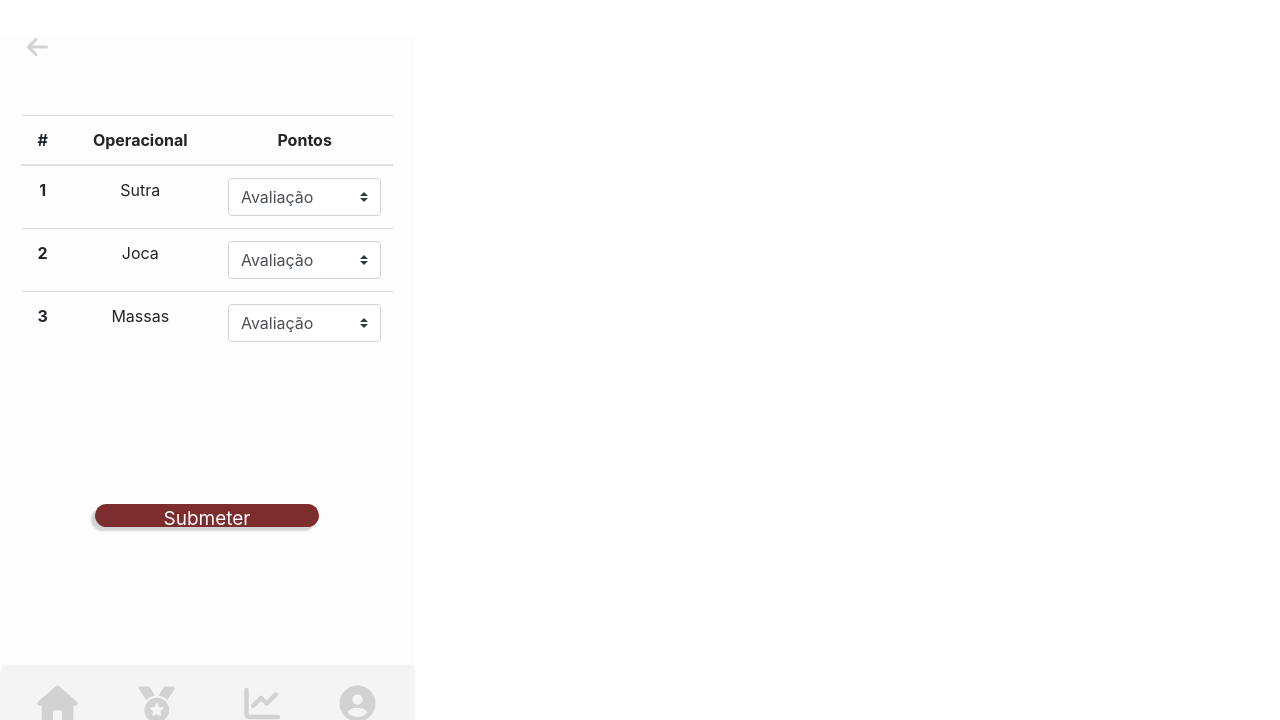
Repository: grupodetrabalhoeficiente/D213
Page: D213/Frontend/AvaliarOperacionais.html
The author's editor kept a record of every edit. The page is drawn from the files as they stood at one moment, then again after the next edit.
The browser window is 1280 px wide. The pictures show the whole page.
Some web libraries are served in a nearby version.

Above is the page before.

### D213/Frontend/AvaliarOperacionais.html
<!DOCTYPE html>
<html>

<head>
    <meta charset="utf-8">
    <meta name="viewport" content="width=device-width, initial-scale=1, maximum-scale=1, user-scalable=no">
    <link href="https://fonts.googleapis.com/css?family=Inter&display=swap" rel="stylesheet" />
    <link href="https://fonts.googleapis.com/css?family=Roboto&display=swap" rel="stylesheet" />
    <link href="./AvaliarOperacionais.css" rel="stylesheet" />
    <link rel="stylesheet" href="https://cdn.jsdelivr.net/npm/bootstrap@4.5.3/dist/css/bootstrap.min.css" integrity="sha384-TX8t27EcRE3e/ihU7zmQxVncDAy5uIKz4rEkgIXeMed4M0jlfIDPvg6uqKI2xXr2" crossorigin="anonymous">
    <script src="https://kit.fontawesome.com/e195162fd2.js" crossorigin="anonymous"></script>
    <title>Secure4All</title>
</head>
<div class="screen">
    <!--navbar-->
    <nav class="navbar fixed-top">
        <span class="title">Avaliar Operacionais</span>
    </nav>
     <a><i id="goBack"class="fas fa-arrow-left fa-2x"></i></a>

    <div class="AvaliarDiv">
        <form id="formAvaliar">
        <table class="table">
            <thead>
                <tr>
                    <th scope="col">#</th>
                    <th scope="col">Operacional</th>
                    <th scope="col">Pontos</th>
                </tr>
            </thead>
            <tbody>
                <tr>
                    <th scope="row">1</th>
                    <td>Sutra</td>

    <td>
    <select class="custom-select" id="inputGroupSelect01">
    <option selected>Avaliação</option>
    <option value="1">1</option>
    <option value="2">2</option>
    <option value="3">3</option>
    <option value="4">4</option>
    <option value="5">5</option>
  </select>
</td>
</tr>
<tr>
    <th scope="row">2</th>
    <td>Joca</td>
    <td>
    <select class="custom-select" id="inputGroupSelect01">
    <option selected>Avaliação</option>
    <option value="1">1</option>
    <option value="2">2</option>
    <option value="3">3</option>
    <option value="4">4</option>
    <option value="5">5</option>
  </select>
    </td>
</tr>
<tr>
    <th scope="row">3</th>
    <td>Massas</td>
    <td>
    <select class="custom-select" id="inputGroupSelect01">
    <option selected>Avaliação</option>
    <option value="1">1</option>
    <option value="2">2</option>
    <option value="3">3</option>
    <option value="4">4</option>
    <option value="5">5</option>
  </select>
</td>
</tr>
</tbody>
</table>
<input id="submit" type ="button" class="SubmeterClass" id="SubmeterId" value="Submeter"></input>
<form id="formAvaliar">
</div>

<!--menubar-->

<nav class="menubar fixed-bottom">
    <ul class="nav navbar-nav">
        <li><a href="MenuPrincipal.html"><i class="fa fa-home fa-3x" id:"home"></i></a></li>
        <li><a href="Ranks.html"><i class="fas fa-medal fa-3x" id:"medal"></i></a></li>
        <li><a href="HistoricoOcorrencias.html"><i class="fas fa-chart-line fa-3x" id:"chart"></i></a></li>
        <li><a href="PerfilUpdate.html"><i class="fas fa-user-circle fa-3x" id:"profile"></i></a></li>
    </ul>
</nav>
</div>
</body>

</html>

### D213/Frontend/AvaliarOperacionais.css
.screen {
  width:100%;
  height:100%;
  max-width: 414px;
  max-height: 736px;
  background:rgb(253 253 253);
  opacity: 1;
  position: absolute;
  overflow: hidden;
  z-index:-1;
}
.navbar{
  width: 100%;
  max-width:414px;
  background-color: rgba(255,255,255,1);
 z-index: 2!important;
  text-align:center;
  overflow: hidden;
  height: 5%;

}
.title {
        position: absolute;
    color: rgb(58 57 57);
    width: 100%;
    top: 60px;
    left: 74px;
    font-size: 28px;
    font-family: INHERIT;
}
#formAvaliar{
}
.AvaliarDiv{
         position: relative;
    width: 90%;
    height: 65%;
    top: 16%;
    display: block;
    margin-left: auto;
    margin-right: auto;
    text-align: center;
    overflow: auto;
}
/* botao confirmar*/
.SubmeterClass{
    height: 5%;
    width: 60%;
    border-top-left-radius: 32px;
    border-top-right-radius: 32px;
    border-bottom-left-radius: 32px;
    border-bottom-right-radius: 32px;
    position: absolute;
    background-color: #7d2d2d;
    color: white;
    font-size: 19px;
    border: none;
    top: 83%;
    left: 20%;
    box-shadow: -4px 4px 2px rgb(171 171 171 / 50%);
}

.menubar {
    width: 100%;
    height: 100%;
    max-height: 67px;
    max-width: 414px;
    background-color: rgba(255, 255, 255, 1);
    z-index: 1;
    float: center;
    overflow: hidden;
    display: block;
    font-size: 12px;
}

.fa-home {
    opacity: 1;
    position: absolute;
    top: 16px!important;
    left: 9%;
    z-index: 2;
    color: #d2d2d2;
}

.fa-medal {
    opacity: 1;
    position: absolute;
    left: 33.5%;
    z-index: 2;
    top: 17px!important;
    color: #d2d2d2;
}

.fa-chart-line {
    opacity: 1;
    position: absolute;
    left: 59%;
    z-index: 2;
    top: 16px!important;
    color: #d2d2d2;
}

.fa-user-circle {
    opacity: 1;
    position: absolute;
    left: 82%;
    z-index: 2;
    top: 16px!important;
    color: #d2d2d2;
}

#goBack {
     position: absolute;
top: 35px;
    left: 27px;
    font-size: 24px;
    color: lightgray;
}

.fixed-bottom {
    position: fixed;
    background-color: #ececec82;
    top: 670px;
    left: 1px;
    width: 461px;
    box-shadow: 1px -5px 2px rgb(222 221 221 / 34%);
    border-top-left-radius: 5px;
    border-top-right-radius: 5px;
    border-bottom-left-radius: 5px;
    border-bottom-right-radius: 5px;
}

After the next edit:
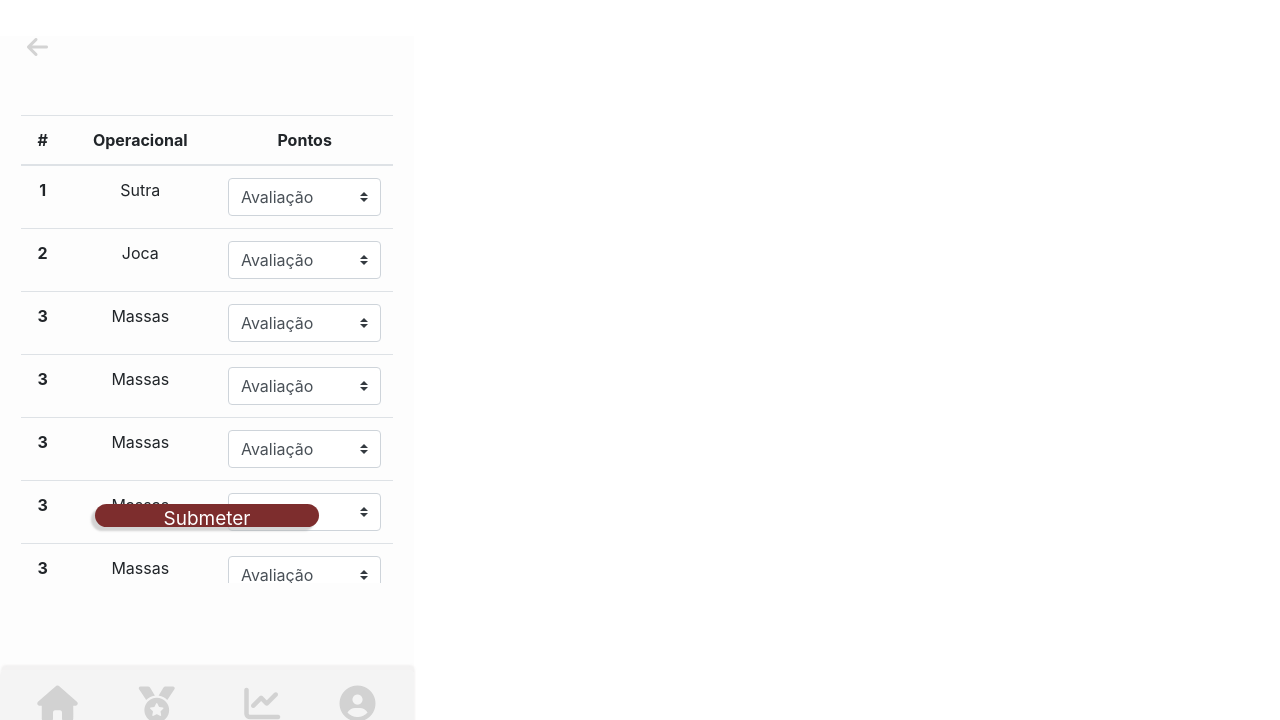
The edit:
--- a/D213/Frontend/AvaliarOperacionais.html
+++ b/D213/Frontend/AvaliarOperacionais.html
@@ -72,6 +72,77 @@
   </select>
 </td>
 </tr>
+
+<tr>
+    <th scope="row">3</th>
+    <td>Massas</td>
+    <td>
+    <select class="custom-select" id="inputGroupSelect01">
+    <option selected>Avaliação</option>
+    <option value="1">1</option>
+    <option value="2">2</option>
+    <option value="3">3</option>
+    <option value="4">4</option>
+    <option value="5">5</option>
+  </select>
+</td>
+</tr>
+<tr>
+    <th scope="row">3</th>
+    <td>Massas</td>
+    <td>
+    <select class="custom-select" id="inputGroupSelect01">
+    <option selected>Avaliação</option>
+    <option value="1">1</option>
+    <option value="2">2</option>
+    <option value="3">3</option>
+    <option value="4">4</option>
+    <option value="5">5</option>
+  </select>
+</td>
+</tr>
+<tr>
+    <th scope="row">3</th>
+    <td>Massas</td>
+    <td>
+    <select class="custom-select" id="inputGroupSelect01">
+    <option selected>Avaliação</option>
+    <option value="1">1</option>
+    <option value="2">2</option>
+    <option value="3">3</option>
+    <option value="4">4</option>
+    <option value="5">5</option>
+  </select>
+</td>
+</tr>
+<tr>
+    <th scope="row">3</th>
+    <td>Massas</td>
+    <td>
+    <select class="custom-select" id="inputGroupSelect01">
+    <option selected>Avaliação</option>
+    <option value="1">1</option>
+    <option value="2">2</option>
+    <option value="3">3</option>
+    <option value="4">4</option>
+    <option value="5">5</option>
+  </select>
+</td>
+</tr>
+<tr>
+    <th scope="row">3</th>
+    <td>Massas</td>
+    <td>
+    <select class="custom-select" id="inputGroupSelect01">
+    <option selected>Avaliação</option>
+    <option value="1">1</option>
+    <option value="2">2</option>
+    <option value="3">3</option>
+    <option value="4">4</option>
+    <option value="5">5</option>
+  </select>
+</td>
+</tr>
 </tbody>
 </table>
 <input id="submit" type ="button" class="SubmeterClass" id="SubmeterId" value="Submeter"></input>
